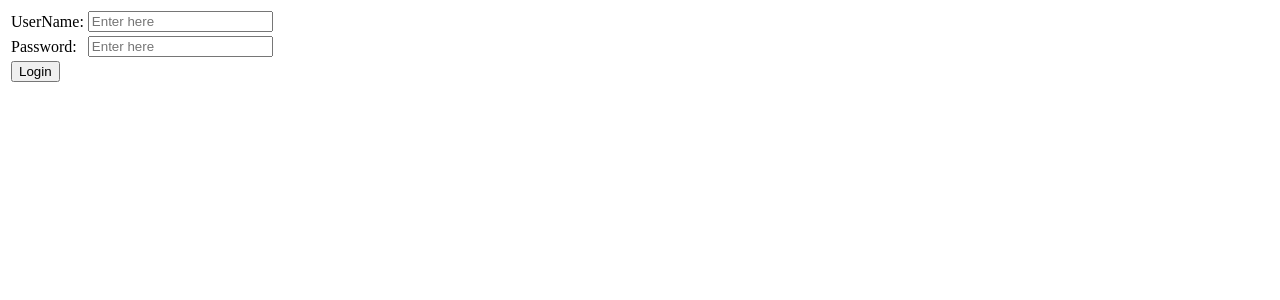
Repository: KnOX-07/eclipse-workspace
Page: WelcomeServ/src/main/webapp/index.html
The author's editor kept a copy of each file at every save. The page is drawn from the files as they stood at one save, then again after the next save.
The browser window is 1280 px wide. The pictures show the whole page.

Above is the page before, as saved 2024-08-08 11:54:42.

After the next save:
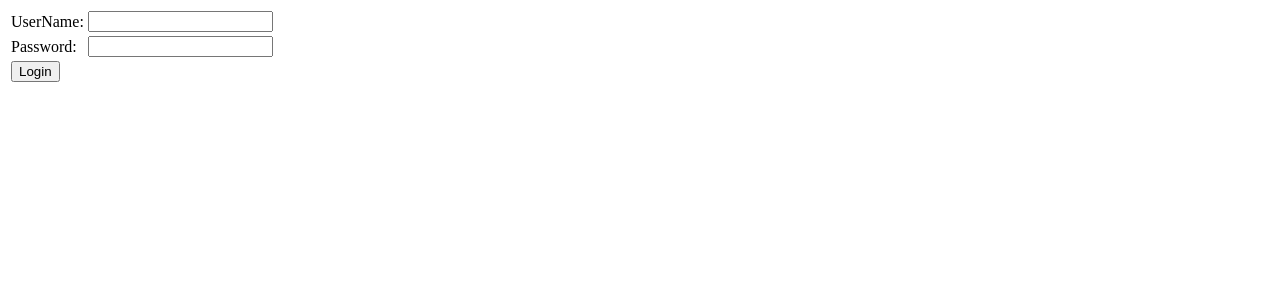
Saved 21 s later.
--- a/WelcomeServ/src/main/webapp/index.html
+++ b/WelcomeServ/src/main/webapp/index.html
@@ -10,11 +10,11 @@
             <table>
                 <tr>
                     <td>UserName:</td>
-                    <td><input type="text" name="user_name" placeholder="Enter here" required></td>
+                    <td><input type="text" name="user_name"></td>
                 </tr>
                 <tr>
                     <td>Password:</td>
-                    <td><input type="password" name="password" placeholder="Enter here" required></td>
+                    <td><input type="password" name="password"></td>
                 </tr>
                 <tr>
                     <td>
